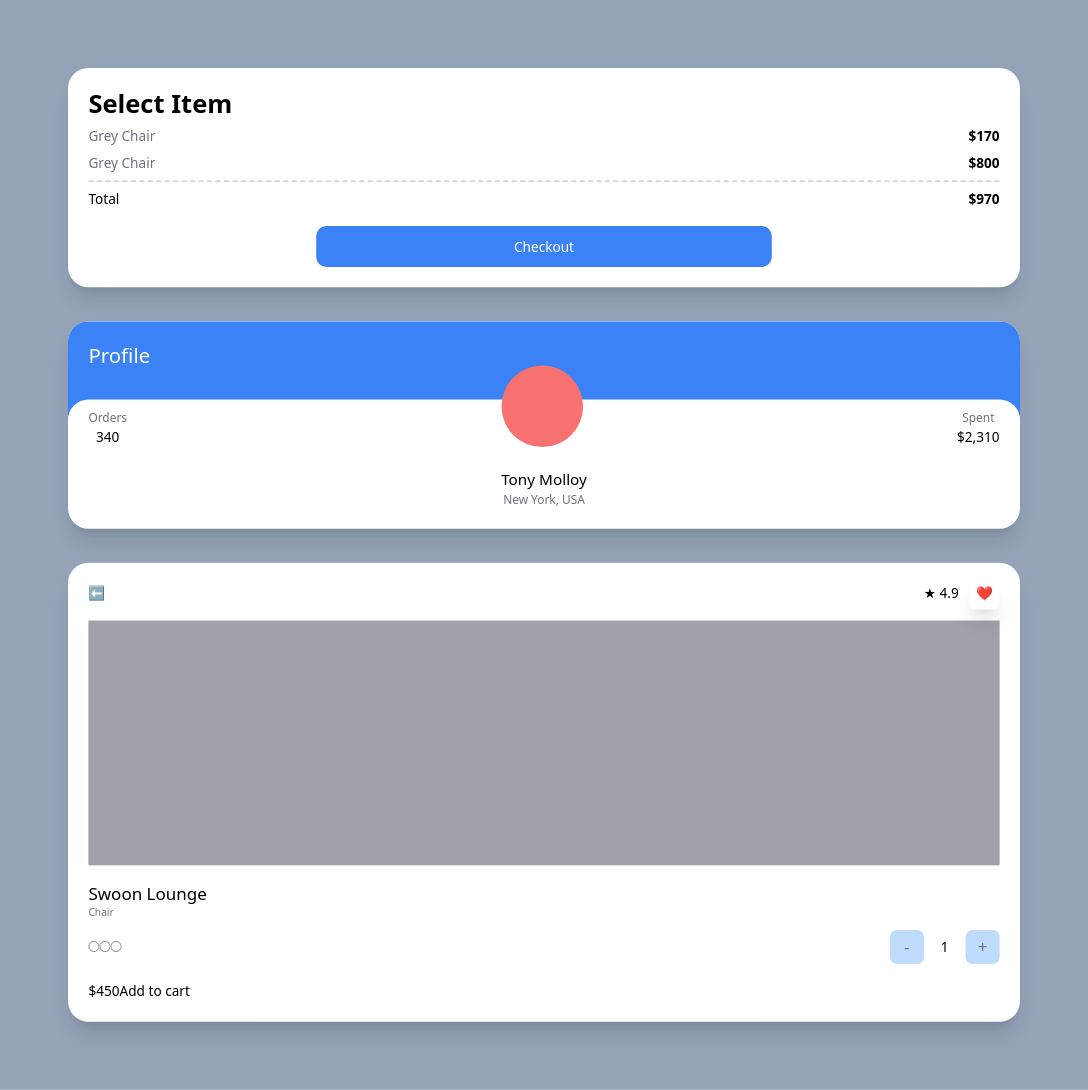
Repository: pjk0007/nextjs-carrot-marcket
Page: /
The author's editor kept a copy of each file at every save. The page is drawn from the files as they stood at one save, then again after the next save.
The browser window is 1280 px wide. The pictures show the whole page, at 85% of full size.
The project was rebuilt for these pictures with package versions that can differ from the ones it lists, and the page was loaded fresh each time. The framework's server and built-in components were replaced by stand-ins that run in the browser. Also part of the build but not shown: next.config.js.

Above is the page before, as saved 2022-04-30 13:31:02.

After the next save:
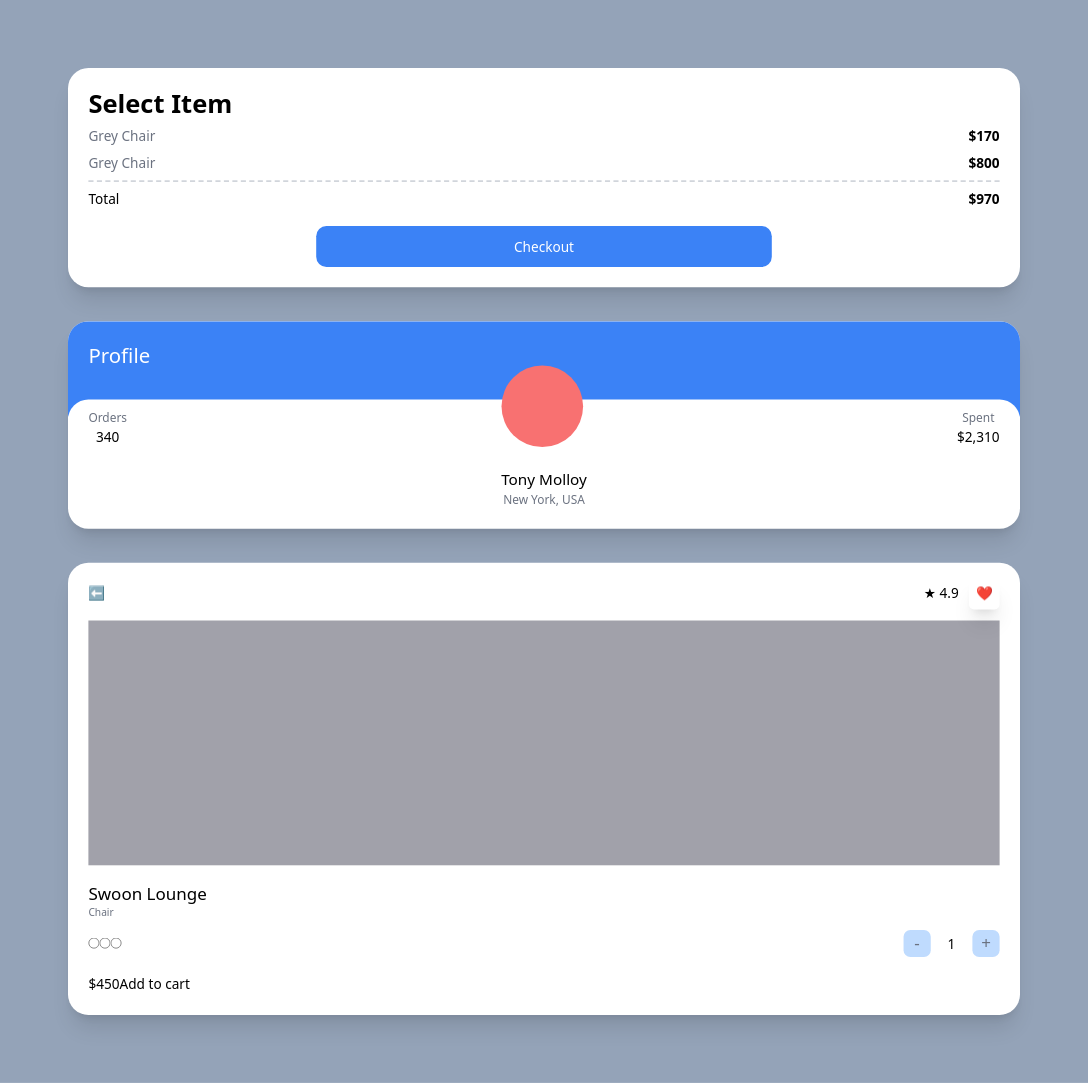
Saved 10 s later.
--- a/pages/index.tsx
+++ b/pages/index.tsx
@@ -61,9 +61,9 @@ const Home: NextPage = () => {
               <input type="radio" />
             </div>
             <div className='flex items-center space-x-5'>
-              <button className='rounded-lg bg-blue-200 justify-center items-center aspect-square w-10 text-xl text-gray-500'>-</button>
+              <button className='rounded-lg bg-blue-200 justify-center items-center aspect-square w-8 text-xl text-gray-500'>-</button>
               <span>1</span>
-              <button className='rounded-lg bg-blue-200 justify-center items-center aspect-square w-10 text-xl text-gray-500'>+</button>
+              <button className='rounded-lg bg-blue-200 justify-center items-center aspect-square w-8 text-xl text-gray-500'>+</button>
             </div>
           </div>
           <div>
